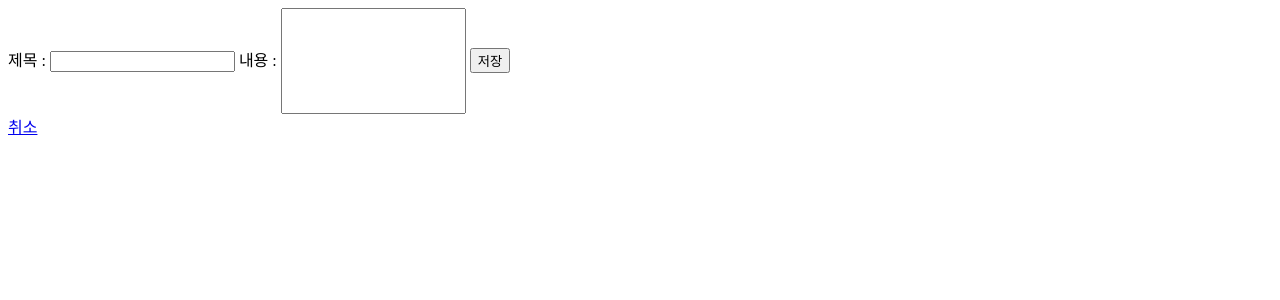
Repository: sandartchip/Board_v01
Page: http://localhost/firstjsp/write.jsp
The author's editor kept a copy of each file at every save. The page is drawn from the files as they stood at one save, then again after the next save.
The browser window is 1280 px wide. The pictures show the whole page.
The page is served by Tomcat 9.

Above is the page before, as saved 2019-03-20 04:59:55.

### Board_v01/firstjsp/WebContent/write.jsp
<%@ page language= "java"
contentType= "text/html; charset=utf-8" pageEncoding= "utf-8" %>

<!DOCTYPE html>
<html>
<head>
	<meta http-equiv="Content-Type" content="text/html; charset=UTF-8">
	<title>글 작성 페이지</title>
</head>
<body>
<!--  서버단에서 출력 -->
	<form action="writeSave.jsp" method="post"
	onsubmit="return formCheck();">
		<!--  데이터들을 가진 form을 action에 지정된 페이지로 보냄 -->
		<!--  post는 많은 값 보낼 때. -->

		제목 : <input type="text" name="title">
		내용 : <input type="text" name="content" style="height:100px">

		<input type="submit" value = "저장"/>
	</form>
	<a href="view.jsp"> 취소 </a> <!-- 상세보기로 이동 -->

	<script>
		function formCheck(){

			//첫번째 form의 제목의 값
			var title = document.forms[0].title.value;
			var content = document.forms[0].content.value;
			if(title.length == 0)
				alert("제목 없음");

			if(content.length == 0 )
				alert("내용 없음");

			if( title.length >80)
				alert("제목의 길이가 너무 깁니다");
			console.log("제목: " + title + "내용  : " + content);

			if( ( title.length >80)|| (content.length == 0 ) || (title.length == 0))
				return false;
		}
	</script>
</body>
</html>

After the next save:
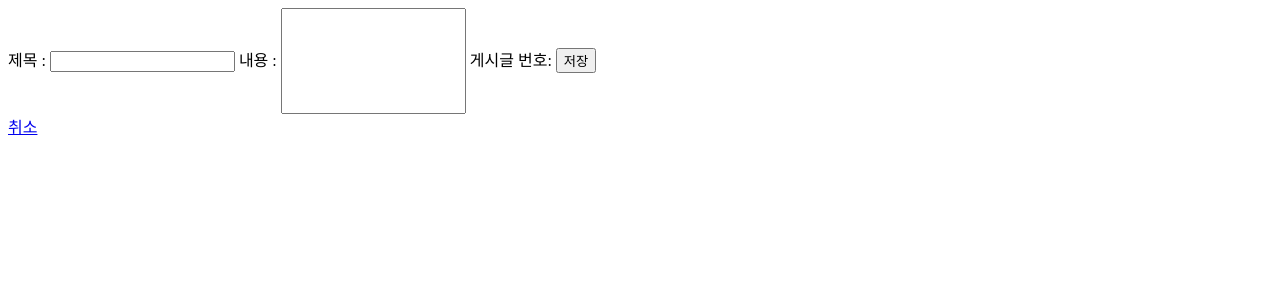
Saved 4 min 27 s later.
--- a/Board_v01/firstjsp/WebContent/write.jsp
+++ b/Board_v01/firstjsp/WebContent/write.jsp
@@ -16,6 +16,7 @@ contentType= "text/html; charset=utf-8" pageEncoding= "utf-8" %>
 
 		제목 : <input type="text" name="title">
 		내용 : <input type="text" name="content" style="height:100px">
+		게시글 번호: <input type="hidden" name="">
 
 		<input type="submit" value = "저장"/>
 	</form>
